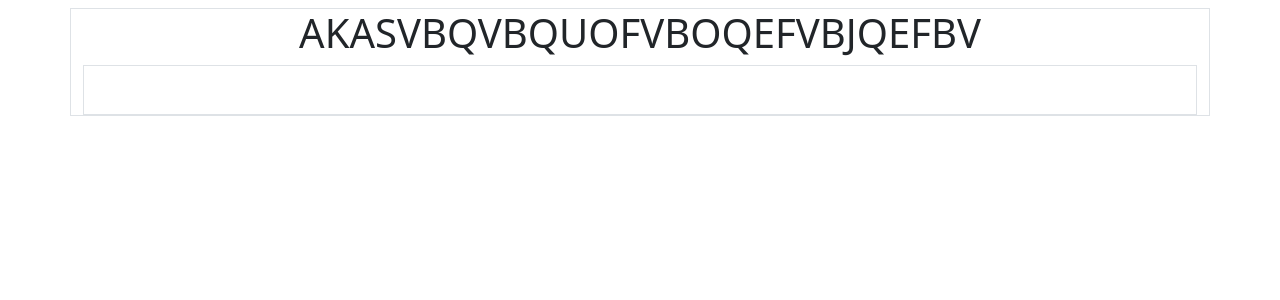
Repository: LASCLUu/Desenvolvimento-Web-Mobile-e-Jogos
Page: / (app in react-componentes-props/)
An editor plug-in stored every save of this project. The page is shown before and after a run of saves, followed by the edit.
The browser window is 1280 px wide. The pictures show the whole page.
The project was rebuilt for these pictures with package versions that can differ from the ones it lists, and the page was loaded fresh each time.

Above is the page before, as saved 2024-09-23 21:38:49.

### react-componentes-props/src/index.js
import React from 'react';
import ReactDOM from 'react-dom';
import 'bootstrap/dist/css/bootstrap.min.css';
//import '@fortawesome/fontawesome-free/css/all.min.css/'

const App = () => {
    return (
        <div className='container border mt-2'>
            <div className="row">
                <div className='col-12'>
                    <h1 className='text-center'>AKASVBQVBQUOFVBOQEFVBJQEFBV</h1>
                </div>
            </div>
            <div className='col-12 .col-xl-3.col-lg-6'>
                <div className='border p-4'> </div>
            </div>
        </div>
    )
}

ReactDOM.render(
    <App/>,
    document.querySelector('#root')
)

Loaded but not shown: react-componentes-props/public/index.html (common file)

After the next 2 saves:
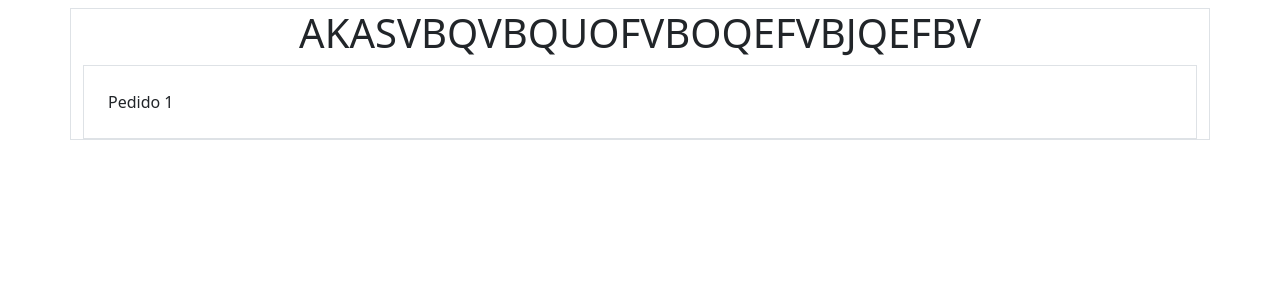
The 2 saves are shown as one change because they came seconds apart.
The last was saved 5 s later.
--- a/react-componentes-props/src/index.js
+++ b/react-componentes-props/src/index.js
@@ -12,7 +12,9 @@ const App = () => {
                 </div>
             </div>
             <div className='col-12 .col-xl-3.col-lg-6'>
-                <div className='border p-4'> </div>
+                <div className='border p-4'>Pedido 1
+
+                </div>
             </div>
         </div>
     )
